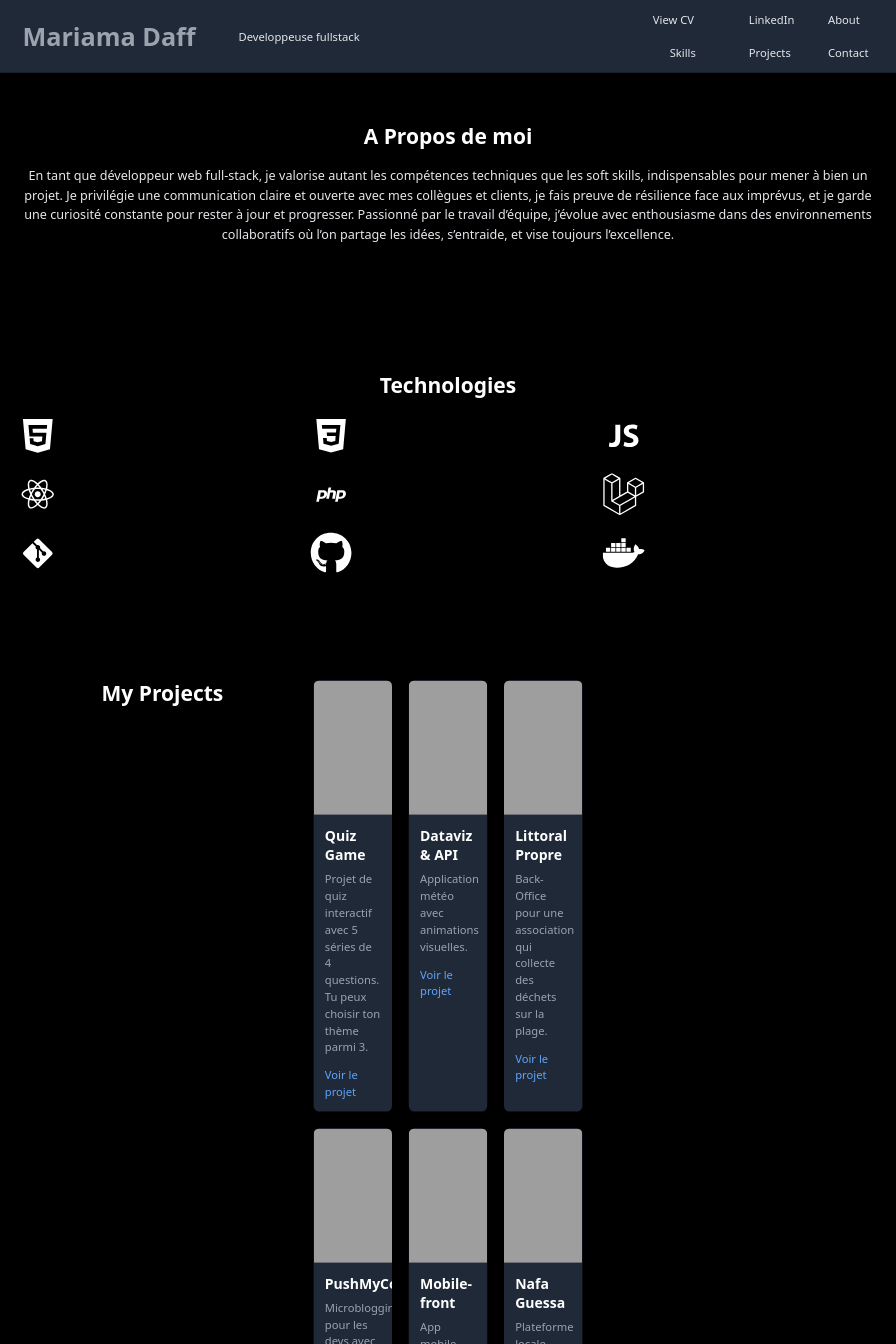
Repository: mariamdaff/Projets_Perso
Page: / (app in mon_portfolio/)
These files come from the project's save history. The page is drawn as it stood at one moment and after the next save; the edit follows.
The browser window is 1280 px wide. The pictures show the part of the page from y = 0 to 1920 px (the page is 2743 px tall before and 2751 px after), at 70% of full size.
Pictures or frames that could not be fetched are drawn as grey boxes. The project was rebuilt for these pictures with package versions that can differ from the ones it lists, and the page was loaded fresh each time. Also part of the build but not shown: mon_portfolio/vite.config.js.

Above is the page before, as saved 2025-04-22 13:34:00.

After the next save:
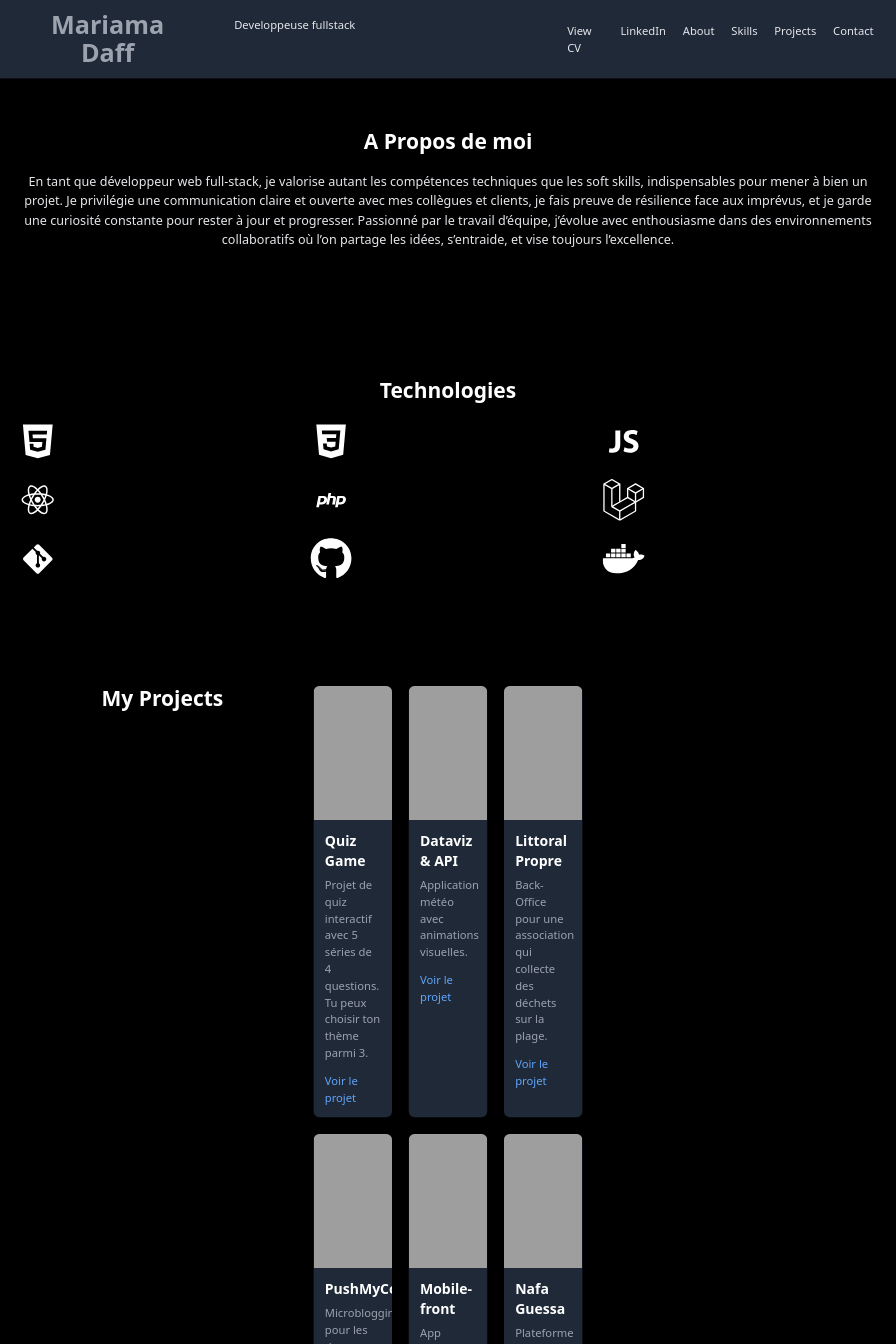
Saved 2 min 9 s later.
--- a/mon_portfolio/src/components/navBar/NavBarLiens.jsx
+++ b/mon_portfolio/src/components/navBar/NavBarLiens.jsx
@@ -7,7 +7,7 @@
 
 const LiensDeNavigation = () =>{
 return (
-    <ul className="flex space-x-6 grid grid-cols-1 sm:grid-cols-2 lg:grid-cols-3 gap-6">
+    <ul className="flex space-x-6 ">
       <li> <a
             href="/monCV.pdf"
             target="_blank"
